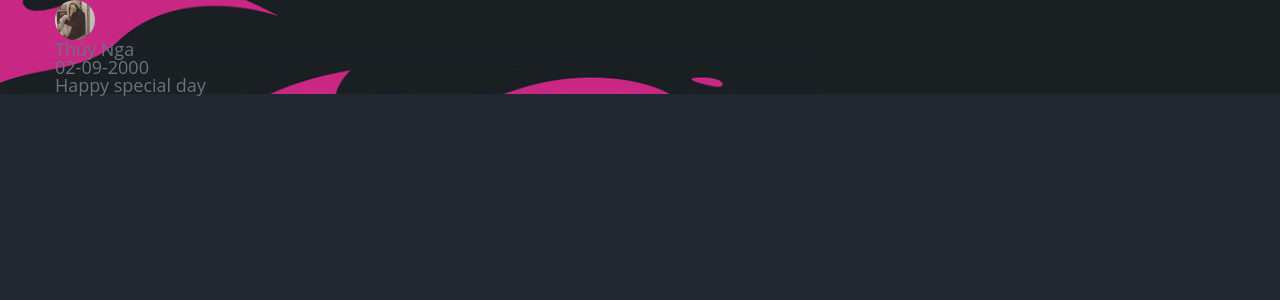
Repository: Datt21/p-happyB
Page: index.html
The author's editor kept a copy of each file at every save. The page is drawn from the files as they stood at one save, then again after the next save.
The browser window is 1280 px wide. The pictures show the whole page.
Some icons come from a web library that is not loaded, so they are not drawn.

Above is the page before, as saved 2021-08-31 04:22:25.

### index.html
<!DOCTYPE html>
<html lang="en">
<head>
    <meta charset="UTF-8">
    <meta http-equiv="X-UA-Compatible" content="IE=edge">
    <meta name="viewport" content="width=device-width, initial-scale=1.0">
    <title>Document</title>
    <link rel="stylesheet" href="https://unicons.iconscout.com/release/v4.0.0/css/line.css">
    <link rel="stylesheet" href="./app.css">
</head>
<body>
<div class="wrapper">
    <header class="header">
        <div class="container">
            <div class="header-main">
                <div class="header-info">
                    <img src="./images/lemon.jpg" alt="" class="img-logo">
                    <div class="info">
                        <div class="info-name">Thúy Nga</div>
                        <div class="birth-day">02-09-2000 <i class="uil uil-users-alt"></i> </div>
                    </div>
                </div>

                <div class="menu">
                    <span class="text">Happy special day</span>
                </div>

                <div class="icon-gift">
                    <a href=""><i class="uil uil-gift"></i></a>
                </div>
            </div>
        </div>
    </header>
</div>
    <script src="./app.js"></script>
</body>
</html>

### app.css
html {
    box-sizing: border-box;
}

* {
    margin: 0;
    padding: 0;
}

*,
*:before,
*:after {
    box-sizing: border-box;
}

a {
    text-decoration: none;
}

img {
    display: block;
    max-width: 100%;
}

html {
    scroll-behavior: smooth;
}

body {
    font-family: "Open sans", sans-serif;
    font-size: 18px;
    line-height: 1;
    color: #6a727f;
    background-color: #222831;
    overflow-x: hidden;
}

.wrapper {
    max-width: 1920px;
    margin: 0 auto;
    background: url("../images/banner.jpg") no-repeat top/100%;
}

.container {
    max-width: 1200px;
    margin: 0 auto;
    padding: 0 15px;
}

.img-logo {
    width: 40px;
    height: 40px;
    border-radius: 50%;
}

Loaded but not shown: app.js (no copy from this time; the picture is the same without it)

After the next save:
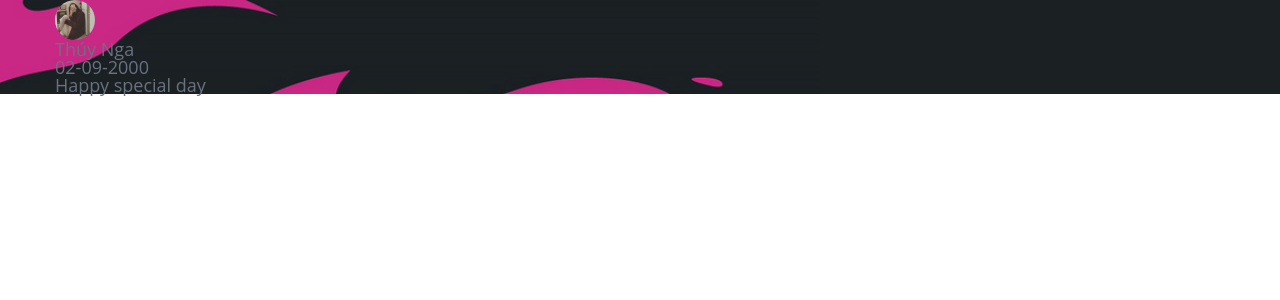
Saved 10 s later.
--- a/app.css
+++ b/app.css
@@ -31,7 +31,7 @@ body {
     font-size: 18px;
     line-height: 1;
     color: #6a727f;
-    background-color: #222831;
+    /* background-color: #222831; */
     overflow-x: hidden;
 }
 
